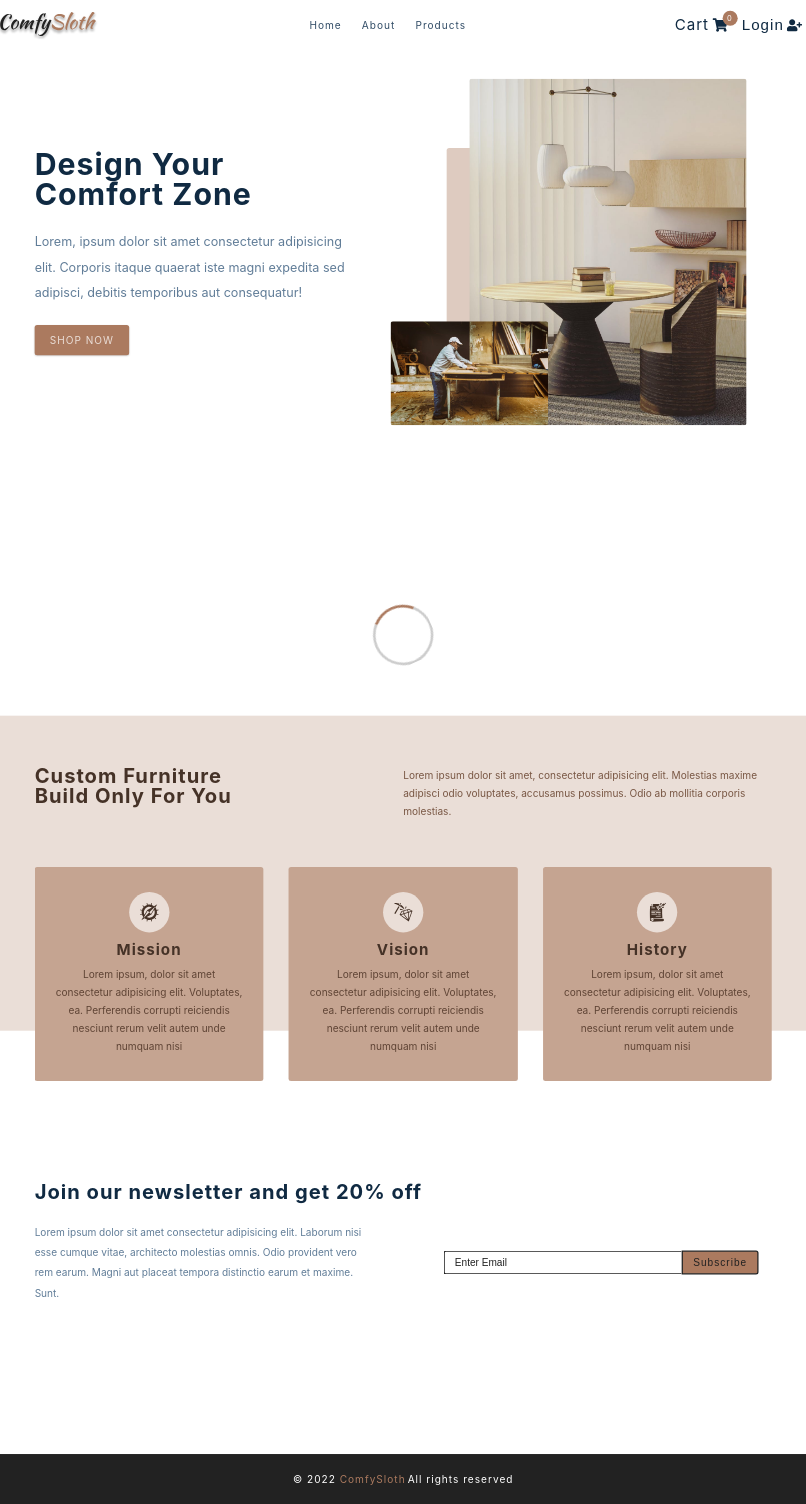
Repository: MateuszWorek/react-comfy-store
Page: /
An editor plug-in stored every save of this project. The page is shown before and after the next save, followed by the edit.
The browser window is 1280 px wide. The pictures show the whole page, at 63% of full size.
The page's requests for data from a server got no answer. The project was rebuilt for these pictures with package versions that can differ from the ones it lists, and the page was loaded fresh each time. A package was used in the major version that the imports need, not the one package.json lists. No one was signed in, and anything a server would have sent is missing. Also part of the build but not shown: src/components/Error.js, src/utils/helpers.js, src/components/Product.js, src/context/user_context.js, src/components/ProductImages.js, src/components/AddToCart.js, src/components/Filters.js, src/components/GridView.js and 17 more. Imported but missing from the stored project, and not drawn on this page: src/components/AmountButtons.

Above is the page before, as saved 2022-07-20 21:06:17.

After the next save:
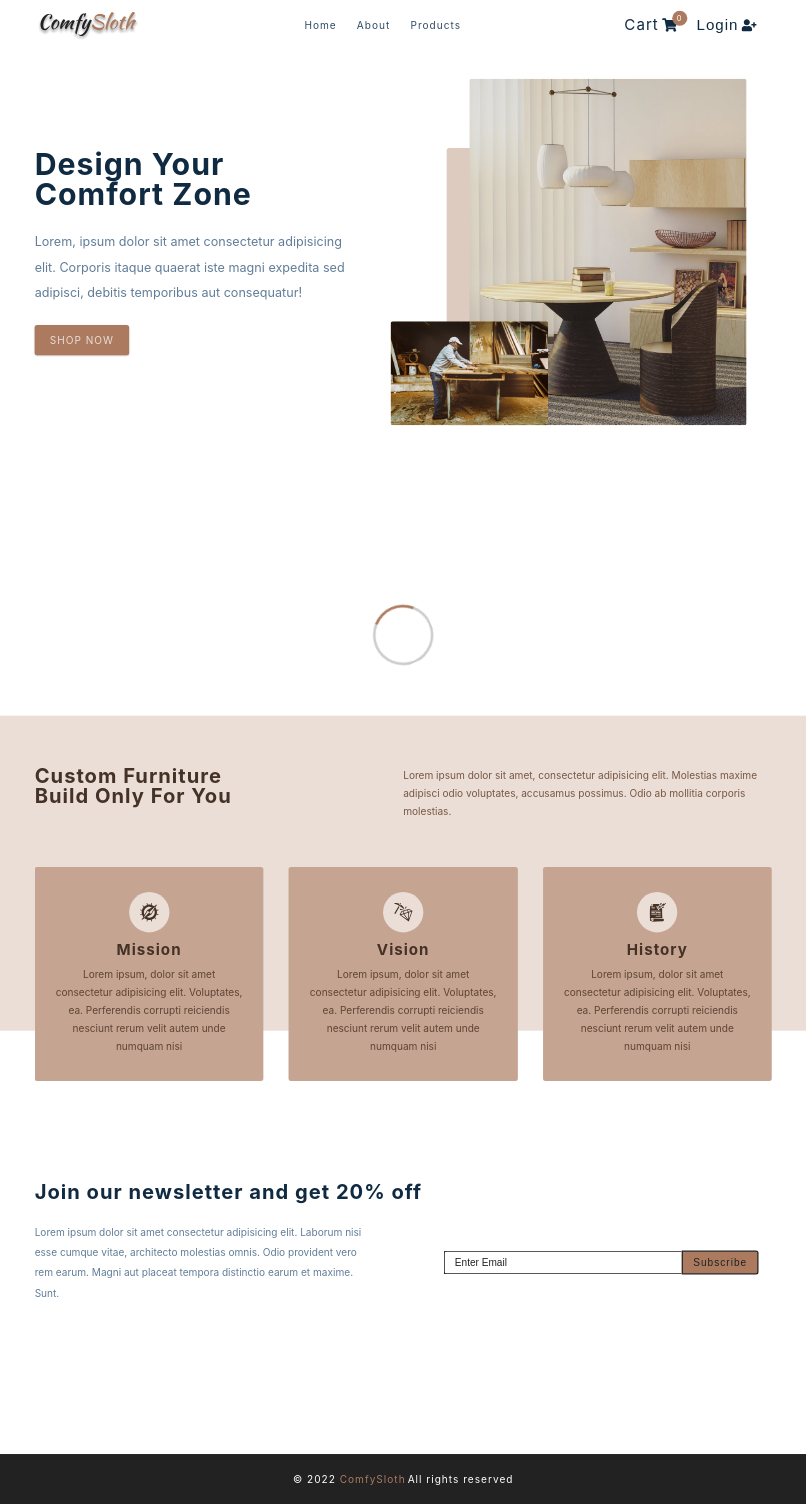
Saved 8 s later.
--- a/src/components/Navbar.js
+++ b/src/components/Navbar.js
@@ -31,8 +31,8 @@ const Nav = () => {
             );
           })}
         </ul>
+        <CartButtons />
       </div>
-      <CartButtons />
     </NavContainer>
   );
 };
